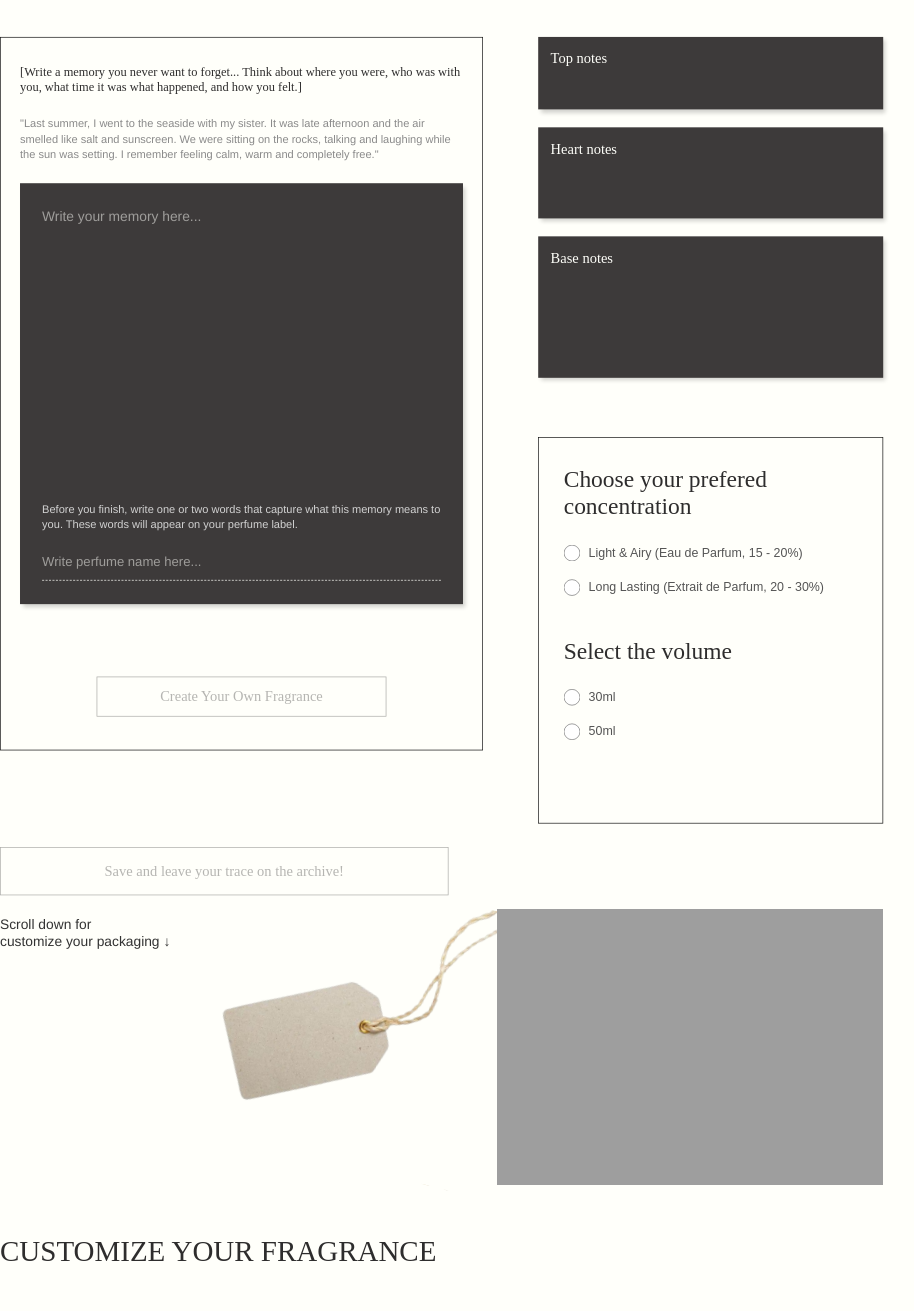
Repository: doagunes/Sillage
Page: /create
The author's editor kept a copy of each file at every save. The page is drawn from the files as they stood at one save, then again after a run of saves.
The browser window is 1280 px wide. The page is 1325 px wide, so the pictures cover 1325 px, including what lies to the right of the window. The pictures show the part of the page from y = 773 to 2673 px (the page is 4240 px tall), at 69% of full size.
Pictures or frames that could not be fetched are drawn as grey boxes. Some web fonts or font styles are not loaded; a fallback is used. The project was rebuilt for these pictures with package versions that can differ from the ones it lists, and the page was loaded fresh each time. Also part of the build but not shown: vite.config.js, src/pages/SignUp.css, src/pages/SignUp.jsx, src/pages/Login.css, src/pages/Login.jsx, src/components/DynamicPerfumeBottle.css, src/components/DynamicPerfumeBottle.jsx, src/pages/Account.css and 17 more.

Above is the page before, as saved 2026-06-06 12:43:04.

### index.html
<!doctype html>
<html lang="en">
  <head>
    <meta charset="UTF-8" />
    <link rel="icon" type="image/svg+xml" href="/favicon.svg" />
    <meta name="viewport" content="width=device-width, initial-scale=1.0" />
    <title>sillage</title>
  </head>
  <body>
    <div id="root"></div>
    <script type="module" src="/src/main.jsx"></script>
  </body>
</html>

### src/main.jsx
import React from 'react'
import ReactDOM from 'react-dom/client'
import App from './App'
import './index.css'
import "./styles/fonts.css";

ReactDOM.createRoot(document.getElementById('root')).render(
  <React.StrictMode>
    <App />
  </React.StrictMode>,
)

### src/App.jsx
import "./index.css";
import { BrowserRouter, Routes, Route } from "react-router-dom";
import { AuthProvider } from "./context/AuthContext";
import { CartProvider } from "./context/CartContext";

import SignUp from "./pages/SignUp";
import Login from "./pages/Login";
import Account from "./pages/Account";

import Home from "./pages/Home";
import About from "./pages/About";
import Create from "./pages/Create";
import Archive from "./pages/Archive";
import ArchiveDetail from "./pages/ArchiveDetail";
import Cart from "./pages/Cart";
import ScentDetail from "./pages/ScentDetail";

function App() {
  return (
    <AuthProvider>
      <CartProvider>
        <BrowserRouter>
          <Routes>
            <Route path="/" element={<Home />} />
            <Route path="/about" element={<About />} />
            <Route path="/create" element={<Create />} />
            <Route path="/archive" element={<Archive />} />
            <Route path="/archive/:id" element={<ArchiveDetail />} />

            <Route path="/signup" element={<SignUp />} />
            <Route path="/login" element={<Login />} />
            <Route path="/account" element={<Account />} />

            <Route path="/cart" element={<Cart />} />

            <Route path="/scents/:scentId" element={<ScentDetail />} />
          </Routes>
        </BrowserRouter>
      </CartProvider>
    </AuthProvider>
  );
}

export default App;

### src/index.css
@import "tailwindcss";

@font-face {
  font-family: "Richmond Display";
  src: url("./assets/fonts/RichmondDisplay-Light.otf") format("opentype");
  font-weight: 300;
  font-style: normal;
}

@font-face {
  font-family: "Helvetica Neue Light";
  src: url("./assets/fonts/HelveticaNeue-Light.otf") format("opentype");
  font-weight: 300;
  font-style: normal;
}

:root {
  --font-heading: "Richmond Display", serif;
  --font-body: "Helvetica Neue Light", Arial, sans-serif;
}

* {
  margin: 0;
  padding: 0;
  box-sizing: border-box;
}

body {
  background-color: #f7f3ee;
  font-family: var(--font-body);
}

h1,
h2,
h3,
h4,
h5,
h6 {
  font-family: var(--font-heading);
  font-weight: 300;
}
@keyframes luxuryFade {
  from {
    opacity: 0;
    transform: translateY(40px);
    filter: blur(8px);
  }

  to {
    opacity: 1;
    transform: translateY(0);
    filter: blur(0);
  }
}

.page-enter {
  animation: luxuryFade 1.8s cubic-bezier(0.22, 1, 0.36, 1);
}

### src/styles/fonts.css
@font-face {
  font-family: "Richmond Display";
  src: url("../assets/fonts/RichmondDisplay-Light.otf")
    format("opentype");
  font-weight: 300;
  font-style: normal;
}

@font-face {
  font-family: "Helvetica Neue Light";
  src: url("../assets/fonts/HelveticaNeue-Light.otf")
    format("opentype");
  font-weight: 300;
  font-style: normal;
}

### src/pages/Create.jsx
import { useState } from "react";
import { useNavigate } from "react-router-dom";
import SignupPopup from "../components/SignupPopup";
import Navbar from "../components/Navbar";
import Footer from "../components/Footer";
import { analyzeMemory } from "../utils/analyzeMemory";
import { useAuth } from "../context/AuthContext";
import { useCart } from "../context/CartContext";
import createHeroImage from "../assets/create/create-hero.svg";
import tagImage from "../assets/create/tag.svg";
import tagPhoto from "../assets/create/tag-photo.svg";
import packagePreview from "../assets/create/package-preview.svg";
import classicalPackaging from "../assets/create/classical-packaging.svg";
import customizedPackaging from "../assets/create/customized-packaging.svg";
import "./Create.css";

function Create() {
  const navigate = useNavigate();
  const { addToCart } = useCart();
  const { isLoggedIn, user } = useAuth();
  const [cartError, setCartError] = useState("");
  const [showPopup, setShowPopup] = useState(false);

  const [memoryText, setMemoryText] = useState("");
  const [memoryTitle, setMemoryTitle] = useState("");
  const [isCreated, setIsCreated] = useState(false);

  const [concentration, setConcentration] = useState("");
  const [volume, setVolume] = useState("");
  const [packagingType, setPackagingType] = useState("");
  const [packageImage, setPackageImage] = useState(null);
  const [memoryLine, setMemoryLine] = useState("");

  const [notes, setNotes] = useState({
    top: [],
    heart: [],
    base: [],
  });

  const canAddToCart =
    isCreated &&
    concentration &&
    volume &&
    packagingType &&
    (packagingType !== "customized" || packageImage);

  const handleCreateFragrance = () => {
  if (!memoryTitle.trim()) return;

  const result = analyzeMemory(memoryText);

  setNotes({
    top: result.top.slice(0, 3),
    heart: result.heart.slice(0, 3),
    base: result.base.slice(0, 3),
  });

  setIsCreated(true);
  setCartError("");
};

  const handleSaveToArchive = () => {
    if (!isCreated) return;

    if (!isLoggedIn) {
      setShowPopup(true);
      return;
    }

    navigate("/archive", {
      state: {
        openTracePopup: true,
        draftMemory: {
          title: memoryTitle,
          memory: memoryText,
          notes,
        },
      },
    });
  };

  const handleAddToCart = () => {
  if (!canAddToCart) return;

  if (!isLoggedIn) {
    setShowPopup(true);
    return;
  }

 addToCart(
  {
    title: memoryTitle,
    memory: memoryText,
    notes,
    concentration,
    volume,
    packagingType,
    packageImage,
    memoryLine,
    price: packagingType === "customized" ? 120 : 95,
  },
  user.id
);

  setCartError("");
  navigate("/cart");
};

 const handlePackageImageUpload = (e) => {
  const file = e.target.files[0];

  if (!file) return;

  const reader = new FileReader();

  reader.onloadend = () => {
    setPackageImage(reader.result);
    setCartError("");
  };

  reader.readAsDataURL(file);
};

  return (
    <div className="create-page page-enter">
        <div className="create-page">
      {showPopup && <SignupPopup onClose={() => setShowPopup(false)} />}

      <Navbar />

      <section className="create-hero">
        <div className="create-hero-left">
          <h1>
            WHILE CREATING YOUR OWN
            <br />
            PERFUME
          </h1>
          <p>Follow these steps:</p>
        </div>

        <div className="create-hero-image">
          <img src={createHeroImage} alt="People gathered around a dinner table" />
        </div>
      </section>

      <section className="steps-grid">
        <Step number="1" text="Describe your memory in a few sentences." />
        <Step number="2" text="Try to construct sentences using simple and common words." />
        <Step number="3" text="Give your unique scent a short title (1-2 words)." />
        <Step number="4" text='Press the "Create" button to turn your memories into a scent composition.' />
      </section>

      <section className="create-main">
        <div className="memory-panel">
          <h3>
            [Write a memory you never want to forget... Think about where you
            were, who was with you, what time it was what happened, and how you
            felt.]
          </h3>

          <p>
            "Last summer, I went to the seaside with my sister. It was late
            afternoon and the air smelled like salt and sunscreen. We were
            sitting on the rocks, talking and laughing while the sun was setting.
            I remember feeling calm, warm and completely free."
          </p>

          <div className="memory-input">
            <textarea
              value={memoryText}
              onChange={(e) => {
                setMemoryText(e.target.value);
                setIsCreated(false);
              }}
              placeholder="Write your memory here..."
            />

            <span>
              Before you finish, write one or two words that capture what this
              memory means to you. These words will appear on your perfume label.
            </span>

            <input
              className="memory-title-input"
              value={memoryTitle}
              onChange={(e) => {
                setMemoryTitle(e.target.value);
                setIsCreated(false);
              }}
              placeholder="Write perfume name here..."
              maxLength={30}
            />
          </div>

          <button
            className="create-fragrance-btn"
            onClick={handleCreateFragrance}
            disabled={!memoryTitle.trim()}
          >
            Create Your Own Fragrance
          </button>
        </div>

        <div className="notes-panel">
          <div className="note-box">
            <h3>Top notes</h3>
            {notes.top.map((note) => (
              <p key={note}>{note}</p>
            ))}
          </div>

          <div className="note-box note-heart">
            <h3>Heart notes</h3>
            {notes.heart.map((note) => (
              <p key={note}>{note}</p>
            ))}
          </div>

          <div className="note-box note-base">
            <h3>Base notes</h3>
            {notes.base.map((note) => (
              <p key={note}>{note}</p>
            ))}
          </div>

          <div className="options-box">
            <h3>Choose your prefered concentration</h3>

            <label>
              <input
                type="radio"
                name="concentration"
                checked={concentration === "light"}
                onChange={() => setConcentration("light")}
              />
              Light & Airy (Eau de Parfum, 15 - 20%)
            </label>

            <label>
              <input
                type="radio"
                name="concentration"
                checked={concentration === "long-lasting"}
                onChange={() => setConcentration("long-lasting")}
              />
              Long Lasting (Extrait de Parfum, 20 - 30%)
            </label>

            <h3>Select the volume</h3>

            <label>
              <input
                type="radio"
                name="volume"
                checked={volume === "30ml"}
                onChange={() => setVolume("30ml")}
              />
              30ml
            </label>

            <label>
              <input
                type="radio"
                name="volume"
                checked={volume === "50ml"}
                onChange={() => setVolume("50ml")}
              />
              50ml
            </label>
          </div>
        </div>
      </section>

      <section className="archive-save">
        <button
          className="save-trace-btn"
          onClick={handleSaveToArchive}
          disabled={!isCreated}
        >
          Save and leave your trace on the archive!
        </button>
      </section>

      <section className="tag-section">
        <div className="scroll-hint">
          <span>Scroll down for</span>
          <span>customize your packaging ↓</span>
        </div>

        <img className="tag-img" src={tagImage} alt="Fragrance tag" />
        <img className="tag-photo-img" src={tagPhoto} alt="Perfume lifestyle visual" />
      </section>

      <section className="customize-section">
        <h2>CUSTOMIZE YOUR FRAGRANCE</h2>

        <div className="customize-grid">
          <div className="package-preview">
            <img src={packagePreview} alt="Customized perfume package preview" />
          </div>

          <div className="package-customize-panel">
            <h3>Upload Image to Customize the Packaging</h3>

            <div className="package-upload-box">
              {packageImage ? (
              <>
                <div className="upload-icon">✓</div>
                <p>File uploaded successfully</p>
              </>
            ) : (
              <>
                <div className="upload-icon">☁</div>

                <p>
                  Browse and chose the files you want to
                  <br />
                  upload from your computer
                </p>
              </>
            )}

              <label className="package-upload-plus">
                +
                <input
                  type="file"
                  accept="image/*"
                  hidden
                  onChange={handlePackageImageUpload}
                />
              </label>
            </div>

            <p className="package-description">
              Choose the details that belong to your memory. A name, a date, a
              sentence only you understand. Upload a photograph of the moment you
              wish to keep, and transform it into part of your packaging.
              <br />
              <br />
              Whether you prefer the elegance of our classic design or wish to
              create something unmistakably personal, each bottle becomes an
              extension of the story inside it.
            </p>
          </div>
        </div>
      </section>

      <section className="packaging-choice-section">
        <div className="packaging-options">
          <label
            className={`packaging-card ${
              packagingType === "classical" ? "selected" : ""
            }`}
          >
            <div className="packaging-title">
              <input
                type="radio"
                name="packaging"
                checked={packagingType === "classical"}
                onChange={() => setPackagingType("classical")}
              />
              Classical Packaging
            </div>

            <div className="packaging-image">
              <img src={classicalPackaging} alt="Classical packaging" />
            </div>
          </label>

          <label
            className={`packaging-card ${
              packagingType === "customized" ? "selected" : ""
            } ${!packageImage ? "disabled-packaging-card" : ""}`}
          >
            <div className="packaging-title">
              <input
                type="radio"
                name="packaging"
                checked={packagingType === "customized"}
                disabled={!packageImage}
                onChange={() => {
                  if (!packageImage) return;
                  setPackagingType("customized");
                }}
              />
              Customized Packaging
            </div>

            <div className="packaging-image">
              <img src={customizedPackaging} alt="Customized packaging" />
            </div>
          </label>
        </div>

        <div className="memory-line-panel">
          <div className="memory-line-box">
            <h3>
              Complete your packaging with
              <br />a personal memory line.
            </h3>

            <p>
              Continue the “I remember...” sentence with a moment connected to
              your fragrance.
            </p>

            <textarea
              value={memoryLine}
              onChange={(e) => setMemoryLine(e.target.value)}
              placeholder="I remember..."
            />
          </div>

          {cartError && <p className="cart-error-message">{cartError}</p>}

          <button
            className="final-cart-btn"
            onClick={handleAddToCart}
            disabled={!canAddToCart}
          >
            Add to Cart
          </button>
        </div>
      </section>

      <Footer />
    </div>
    </div>

  );
}

function Step({ number, text }) {
  return (
    <div className="step-card">
      <div className="step-number">{number}</div>
      <p>{text}</p>
    </div>
  );
}

export default Create;

### src/components/Navbar.jsx
import "./Navbar.css";
import { Link } from "react-router-dom";
import { useAuth } from "../context/AuthContext";

import logo from "../assets/navbar/sillage-logo.svg";
import userIcon from "../assets/navbar/user-icon.svg";
import bagIcon from "../assets/navbar/bag-icon.svg";
import instagramIcon from "../assets/navbar/instagram-icon.svg";

function Navbar() {
  const { isLoggedIn } = useAuth();

  return (
    <header className="navbar">
      <Link to="/" className="logo">
        <img src={logo} alt="sillage" />
      </Link>

      <nav className="nav-links">
        <Link to="/about">About</Link>
        <Link to="/create">Create Your Own Fragrance</Link>
        <Link to="/archive">Memory Archive</Link>
      </nav>

      <div className="nav-icons">
        <Link to={isLoggedIn ? "/account" : "/signup"} className="nav-icon-link">
          <img src={userIcon} alt="Account" />
        </Link>

        <Link to="/cart" className="nav-icon-link">
          <img src={bagIcon} alt="Cart" />
        </Link>

        <a
          href="https://www.instagram.com/"
          target="_blank"
          rel="noreferrer"
          className="nav-icon-link"
        >
          <img src={instagramIcon} alt="Instagram" />
        </a>
      </div>
    </header>
  );
}

export default Navbar;

### src/components/Footer.jsx
import "./Footer.css";
import { Link } from "react-router-dom";
import logo from "../assets/sillage-logo-b.svg";

function Footer() {
  return (
    <footer className="footer">
      <Link to="/" className="footer-brand">
        <img src={logo} alt="Sillage" />
      </Link>

      <div className="footer-col">
        <Link to="/about">
          <h3>About</h3>
        </Link>
      </div>

      <div className="footer-col">
        <h3>Scent Studio</h3>

        <Link to="/create">
          Create Your Own Perfume
        </Link>

        <Link to="/create">
          Customize Your Packaging
        </Link>
      </div>

      <div className="footer-col">
        <Link to="/archive">
          <h3>Memory Archive</h3>
        </Link>
      </div>

      <div className="footer-col contact">
        <h3>Contacts</h3>

        <p>info@sillageperfumery.com.tr</p>

        <p>
          +90 123 456 78 90 &nbsp; | &nbsp; Izmir / Turkey
        </p>
      </div>
    </footer>
  );
}

export default Footer;

### src/components/Navbar.css
.navbar {
  height: 150px;

  display: grid;
  grid-template-columns: 420px 1fr 220px;

  align-items: center;

  padding: 0 60px;

  background: #fffffa;
  border-bottom: 1px solid #111;
}

.logo {
  justify-self: start;
}

.logo img {
  width: 288px;
  height: auto;
  display: block;
}

.nav-links {
  display: flex;
  justify-content: center;
  align-items: center;

  gap: 90px;

  margin-top: 53px;
}

.nav-links a {
  color: #111;
  text-decoration: none;

  font-family: "Helvetica Neue", Arial, sans-serif;
  font-size: 22px;
  font-weight: 300;
  line-height: 1.15;
}

.nav-icons {
  display: flex;
  justify-content: flex-end;
  align-items: center;

  gap: 24px;

  margin-top: 53px;
}

.nav-icon-link {
  display: flex;
  align-items: center;
  justify-content: center;
  text-decoration: none;
}

.nav-icon-link img {
  width: 20px;
  height: 20px;
  object-fit: contain;
}

### src/components/Footer.css
.footer {
  background: #222222;
  color: #f5f5f2;

  height: 145px;
  padding: 28px 120px 24px;

  display: grid;
  grid-template-columns: 2.2fr 0.8fr 1.4fr 1.2fr 1.4fr;
  align-items: start;
  column-gap: 90px;

  box-sizing: border-box;
  overflow: hidden;
}

.footer-brand {
  display: flex;
  align-items: flex-start;
  justify-content: flex-start;
  margin-left: -30px; /* sola yaklaştır */
}

.footer-brand img {
  width: 260px; /* büyüt */
  height: auto;
  display: block;
  margin-top: -120px;
}

.footer-col {
  display: flex;
  flex-direction: column;
}

.footer-col h3,
.footer-title-link {
  font-family: Georgia, "Times New Roman", serif;
  font-size: 18px;
  font-weight: 400;
  color: #f5f5f2;
  text-decoration: none;
  margin: 0 0 18px;
  line-height: 1;
}

.footer-col a,
.footer-col p {
  color: rgba(255, 255, 255, 0.78);
  text-decoration: none;

  font-size: 14px;
  font-weight: 300;
  line-height: 1.35;

  margin: 0 0 6px;
}

.footer-col a:hover,
.footer-title-link:hover {
  color: white;
}

.contact p:first-of-type {
  margin-bottom: 8px;
}

Loaded but not shown: src/data/scentWords.js (584 lines, source omitted); src/utils/analyzeMemory.js (50 lines, source omitted); src/pages/Create.css (672 lines, source omitted); src/pages/Home.css (477 lines, source omitted); src/context/CartContext.jsx (158 lines, source omitted); src/context/AuthContext.jsx (109 lines, source omitted)

After the next 2 saves:
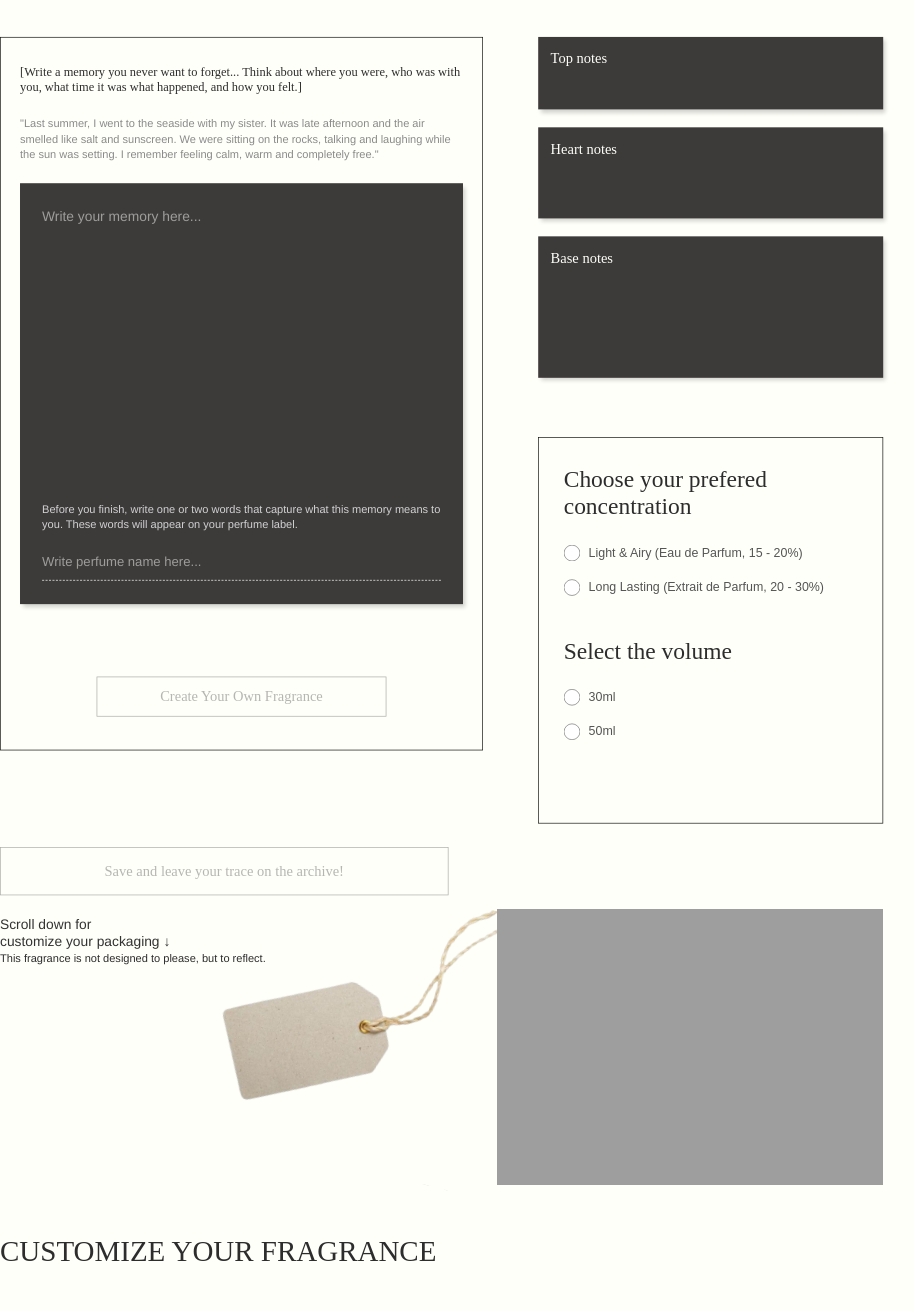
The 2 saves are shown as one change because they came seconds apart.
The last was saved 5 min 48 s later.
--- a/src/pages/Create.jsx
+++ b/src/pages/Create.jsx
@@ -287,7 +287,13 @@
           <span>customize your packaging ↓</span>
         </div>
 
-        <img className="tag-img" src={tagImage} alt="Fragrance tag" />
+       <div className="tag-wrapper">
+        <img className="tag-img" src={tagImage} alt="Tag" />
+
+        <p className="tag-text">
+          This fragrance is not designed to please, but to reflect.
+        </p>
+      </div>
         <img className="tag-photo-img" src={tagPhoto} alt="Perfume lifestyle visual" />
       </section>
 
